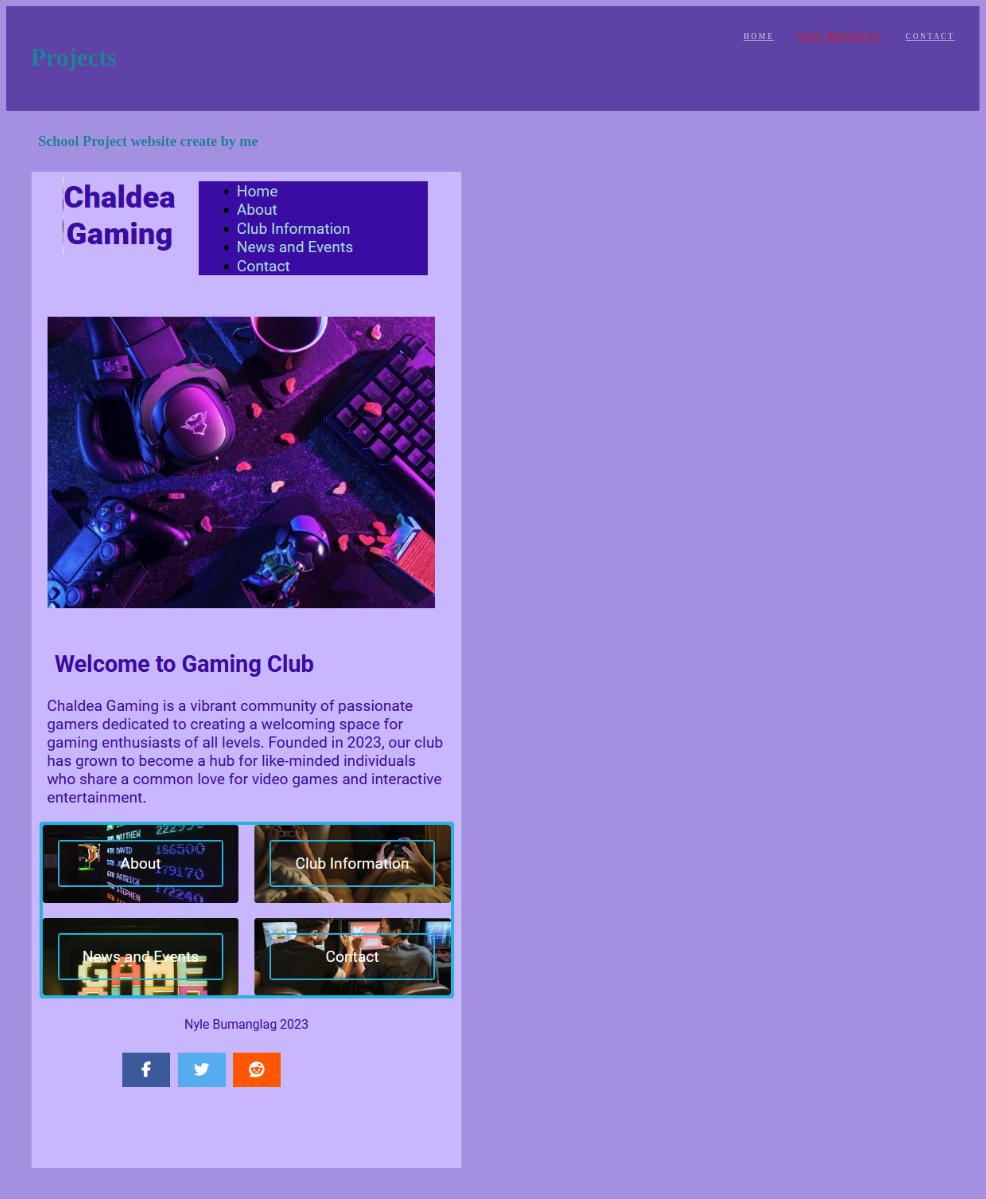
Repository: NyleNC/main
Page: projects.html
These files come from the project's save history. The page is drawn as it stood at one moment and after the next save; the edit follows.
The browser window is 1280 px wide. The pictures show the whole page, at 77% of full size.

Above is the page before, as saved 2024-11-07 00:35:28.

### projects.html
<!DOCTYPE html>
<html lang="en">
<head>
    <meta charset="UTF-8">
    <meta name="viewport" content="width=device-width, initial-scale=1.0">
    <title>Nyle Bumanglag</title>
    <link rel="stylesheet" href="style.css">
</head>
<header id="header"><h1>Projects</h1>
    <nav>
        <ul>
            <li><a href="index.html">Home</a></li>
            <li><a href="projects.html" class="active">Pass Projects</a></li>
            <li><a href="Contact.html">Contact</a></li>
        </ul>
    </nav>
</header>
<body>
    <section >
        <div class="container">
            <div >
            <h3>School Project website create by me </h3>
            <img src="Images/website.png" alt="website"class="image-fit" >
        </div>
        </div>



    </section>
</body>
</html>

### style.css
body{
    background: #a490e1;
    color: rgb(32, 129, 151);
}
#header {
display: -moz-flex;
display: -webkit-flex;
display: -ms-flex;
display: flex;
background-color: #5e42a6;
cursor: default;
padding: 1.75em 2em;
}

#header > .title {
border: 0;
color: #ffffff;
 display: block;
font-size: 1.25em;
font-weight: bold;
}

#header > nav {
-moz-flex: 1;
-webkit-flex: 1;
-ms-flex: 1;
flex: 1;
text-align: right;
}
 #header > nav > ul {
 margin: 0;
padding: 0;
}

 #header > nav > ul > li {
 display: inline-block;
margin-left: 1.75em;
 padding: 0;
vertical-align: middle;
}

#header > nav > ul > li:first-child {
margin-left: 0;
}

#header > nav > ul > li a {
  border: 0;
color: rgba(255, 255, 255, 0.542);
display: inline-block;
 font-size: 0.6em;
font-weight: bold;
letter-spacing: 0.25em;
text-transform: uppercase;
}
 #header > nav > ul > li a:hover {
color: rgb(144, 225, 164)
}
#header > nav > ul > li a.active {
color: #dd1a1a;
}

.image-fit {
 display: block;
 margin: 0 0 2em 0;
 width: 100%;
}
.container{
    margin: 0 auto;
    gap: 5em;
    display: grid;
    grid-template-columns:  1fr 1fr;
	width: 95%;
    height: auto;
}
.container h3{
    padding: 10px;
}

After the next save:
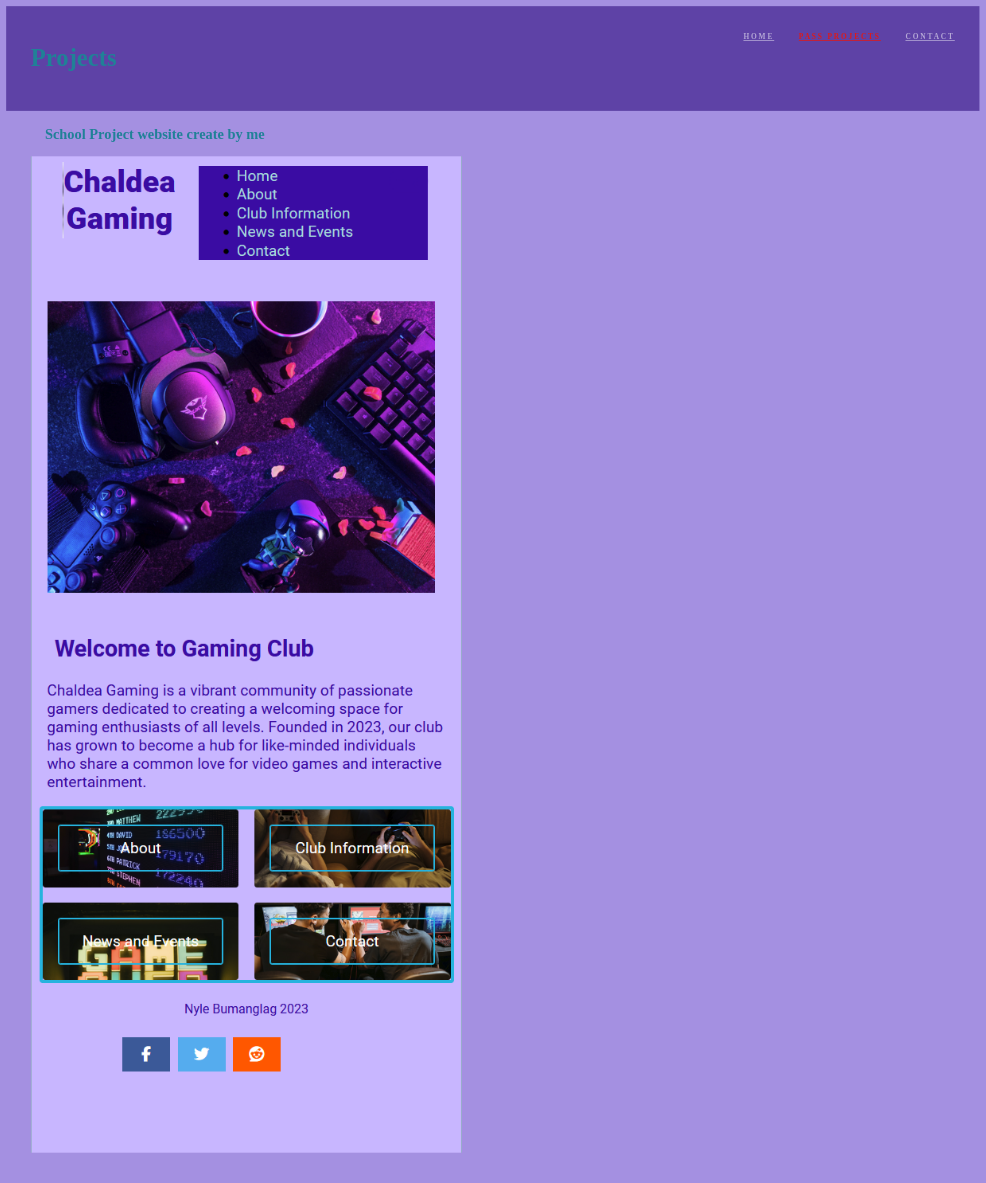
Saved 17 s later.
--- a/style.css
+++ b/style.css
@@ -73,5 +73,6 @@ color: #dd1a1a;
     height: auto;
 }
 .container h3{
-    padding: 10px;
+    font-weight: 700;
+    padding: 0 1em;
 }
